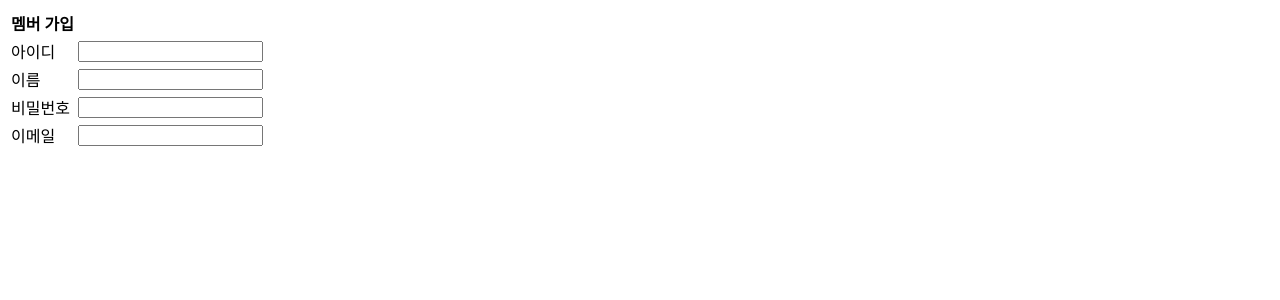
Repository: jsb5589/JAVAStudy
Page: EZWebs/JSP03/src/main/webapp/memberForm.html
An editor plug-in stored every save of this project. The page is shown before and after the next save, followed by the edit.
The browser window is 1280 px wide. The pictures show the whole page.

Above is the page before, as saved 2021-08-12 01:34:50.

### EZWebs/JSP03/src/main/webapp/memberForm.html
<!DOCTYPE html>
<html>
<head>
<meta charset="UTF-8">
<title>멤버 가입</title>
</head>
<body>
	<form name="member" method="post" action="member.jsp">
		<table>
			<th>멤버 가입</th>
			<tr>
				<td>아이디</td>
				<td><input type="text" name="mid"></td>
			</tr>

			<tr>
				<td>이름</td>
				<td><input type="text" name="mname"></td>
			</tr>

			<tr>
				<td>비밀번호</td>
				<td><input type="password" name="pwd"></td>
			</tr>

			<tr>
				<td>이메일</td>
				<td><input type="text" name="email"></td>
			</tr>
		</table>
	</form>
</body>
</html>

After the next save:
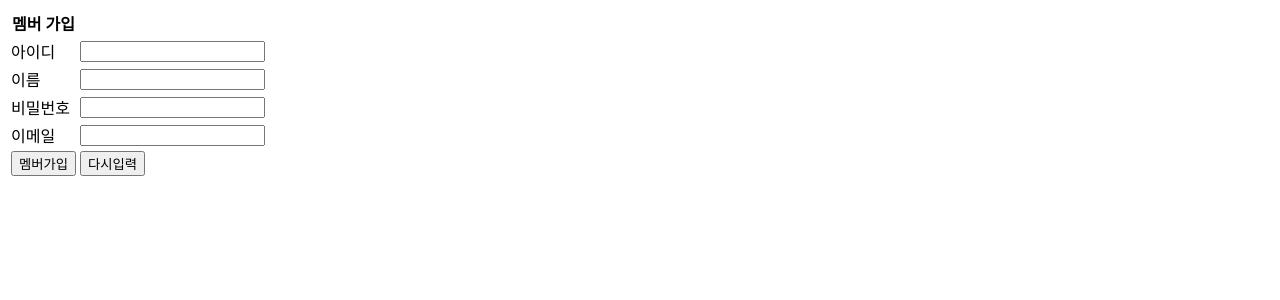
Saved 58 s later.
--- a/EZWebs/JSP03/src/main/webapp/memberForm.html
+++ b/EZWebs/JSP03/src/main/webapp/memberForm.html
@@ -27,6 +27,11 @@
 				<td>이메일</td>
 				<td><input type="text" name="email"></td>
 			</tr>
+
+			<tr>
+				<td><input type="submit" value="멤버가입"></td>
+				<td><input type="reset" value="다시입력"></td>
+			</tr>
 		</table>
 	</form>
 </body>
